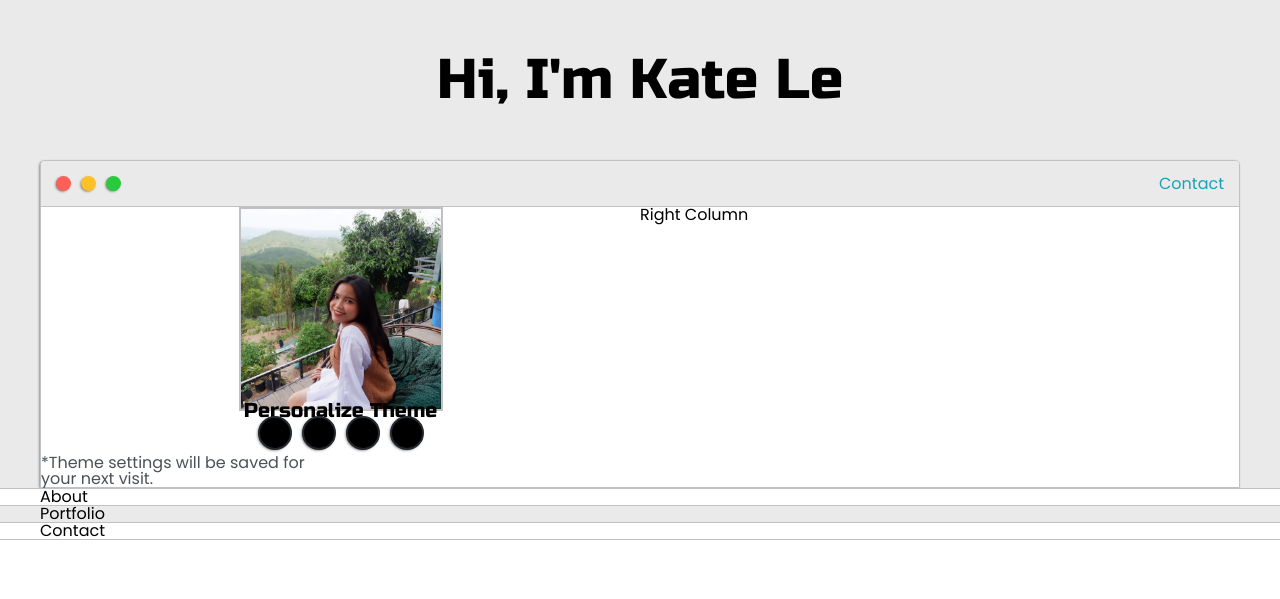
Repository: kate30980/my-persponal-website
Page: index.html
These files come from the project's save history. The page is drawn as it stood at one moment and after the next save; the edit follows.
The browser window is 1280 px wide. The pictures show the whole page.

Above is the page before, as saved 2021-08-26 21:15:01.

### index.html
<!DOCTYPE html>
<html lang="en">

<head>
    <meta charset="UTF-8">
    <meta http-equiv="X-UA-Compatible" content="IE=edge">
    <meta name="viewport" content="width=device-width, initial-scale=1.0">
    <title>Kate Le</title>
    <link rel="preconnect" href="https://fonts.googleapis.com">
    <link rel="preconnect" href="https://fonts.gstatic.com" crossorigin>
    <link rel="preconnect" href="https://fonts.googleapis.com">
    <link rel="preconnect" href="https://fonts.gstatic.com" crossorigin>
    <link href="https://fonts.googleapis.com/css2?family=Poppins:wght@300;400;600;700&family=Russo+One&display=swap"
        rel="stylesheet">
    <link rel="stylesheet" href="reset.css">
    <link rel="stylesheet" href="main.css">
</head>

<body>

    <section class="s1">
        <div class="main-container">
            <div class="greeting-wrapper">
                <h1>Hi, I'm Kate Le</h1>
            </div>

            <div class="intro-wrapper">
                <div class="nav-wrapper">
                    <div class="dots-wrapper">
                        <div id="dot-1" class="browser-dot"></div>
                        <div id="dot-2" class="browser-dot"></div>
                        <div id="dot-3" class="browser-dot"></div>
                    </div>
                    <ul id="navigation">
                        <li>
                            <a href="#">Contact</a>
                        </li>
                    </ul>
                </div>
                <div class="left-column">
                    <img id="profile-pic" src="./images/IMG_2624.JPG" alt="img-kate">
                    <h5 style="text-align:center;line-height:0">Personalize Theme</h5>

                    <div id="theme-options-wrapper">
                        <div id="light-mode" class="theme-dot"></div>
                        <div id="blue-mode" class="theme-dot"></div>
                        <div id="green-mode" class="theme-dot"></div>
                        <div id="purple-mode" class="theme-dot"></div>
                    </div>

                    <p id="settings-note">*Theme settings will be saved for <br> your next visit.</p>
                </div>
                <div class="right-column">
                    Right Column
                </div>
            </div>

        </div>
    </section>

    <section class="s2">
        <div class="main-container">
            About
        </div>
    </section>

    <section class="s1">
        <div class="main-container">
            Portfolio
        </div>
    </section>

    <section class="s2">
        <div class="main-container">
            Contact
        </div>
    </section>

</body>

</html>

### main.css
:root {
  --mainText: black;
  --secondaryText: #4b5156;

  --mainColor: #eaeaea;
  --secondaryColor: #fff;

  --borderColor: #c1c1c1;
  --themeDotBorder: #24292e;
}

html,
body {
  padding: 0;
  margin: 0;
  font-family: "Poppins", sans-serif;
}
h1,
h2,
h3,
h4,
h5,
h6,
strong {
  color: var(--mainText);
  font-family: "Russo One", sans-serif;
  font-weight: 500;
}

p,
li,
span,
label,
input,
textarea,
select {
  color: var(--secondaryText);
  font-family: "Poppins", sans-serif;
}
ul {
  list-style: none;
}

a {
  text-decoration: none;
  color: #17a2b8;
}

h1 {
  font-size: 56px;
}
h2 {
  font-size: 36px;
}
h3 {
  font-size: 28px;
}
h4 {
  font-size: 24px;
}
h5 {
  font-size: 20px;
}
h6 {
  font-size: 16px;
}

.s1 {
  background-color: var(--mainColor);
  border-bottom: 1px solid var(--borderColor);
  overflow: auto;
}
.s2 {
  background-color: var(--secondaryColor);
  border-bottom: 1px solid var(--borderColor);
  overflow: auto;
}
.main-container {
  width: 1200px;
  margin: 0 auto;
}
.greeting-wrapper {
  display: grid;
  text-align: center;
  align-content: center;
  min-height: 10em;
}

.intro-wrapper {
  background-color: var(--secondaryColor);
  border: 1px solid var(--borderColor);
  border-radius: 5px 5px 0 0;

  -webkit-box-shadow: -1px 1px 3px -1px rgba(0, 0, 0, 0.75);
  -moz-box-shadow: -1px 1px 3px -1px rgba(0, 0, 0, 0.75);
  box-shadow: -1px 1px 3px -1px rgba(0, 0, 0, 0.75);

  display: grid;
  grid-template-columns: 1fr 1fr;
  grid-template-areas:
    "nav-wrapper nav-wrapper"
    "left-column right-column";
}

#navigation {
  margin: 0;
  padding: 10px;
}
#navigation li {
  display: inline-block;
  margin-right: 5px;
  margin-left: 5px;
}

.dots-wrapper {
  display: flex;
  padding: 10px;
}

#dot-1 {
  background-color: #fc6058;
}
#dot-2 {
  background-color: #fec027;
}
#dot-3 {
  background-color: #2aca3e;
}

.browser-dot {
  background-color: black;
  height: 15px;
  width: 15px;
  border-radius: 50%;
  margin: 5px;

  -webkit-box-shadow: -1px 1px 3px -1px rgba(0, 0, 0, 0.75);
  -moz-box-shadow: -1px 1px 3px -1px rgba(0, 0, 0, 0.75);
  box-shadow: -1px 1px 3px -1px rgba(0, 0, 0, 0.75);
}

.nav-wrapper {
  grid-area: nav-wrapper;
  border-bottom: 1px solid var(--borderColor);
  display: flex;
  justify-content: space-between;
  align-items: center;
  background-color: var(--mainColor);
  border-radius: 5px 5px 0 0;
}
.left-column {
  grid-area: left-column;
}
#profile-pic {
  display: block;
  margin: auto;
  height: 200px;

  width: 200px;
  object-fit: cover;
  border: 2px solid var(--borderColor);
}

#theme-options-wrapper {
  display: flex;
  justify-content: center;
}

.theme-dot {
  height: 30px;
  width: 30px;
  border-radius: 50%;
  background-color: black;

  margin: 5px;
  border: 2px solid var(--themeDotBorder);

  -webkit-box-shadow: -1px 1px 3px -1px rgba(0, 0, 0, 0.75);
  -moz-box-shadow: -1px 1px 3px -1px rgba(0, 0, 0, 0.75);
  box-shadow: -1px 1px 3px -1px rgba(0, 0, 0, 0.75);
  cursor: pointer;
}

.right-column {
  grid-area: right-column;
}

@media screen and (max-width: 1200px) {
  .main-container {
    width: 95%;
  }
}

Loaded but not shown: reset.css (common file)

After the next save:
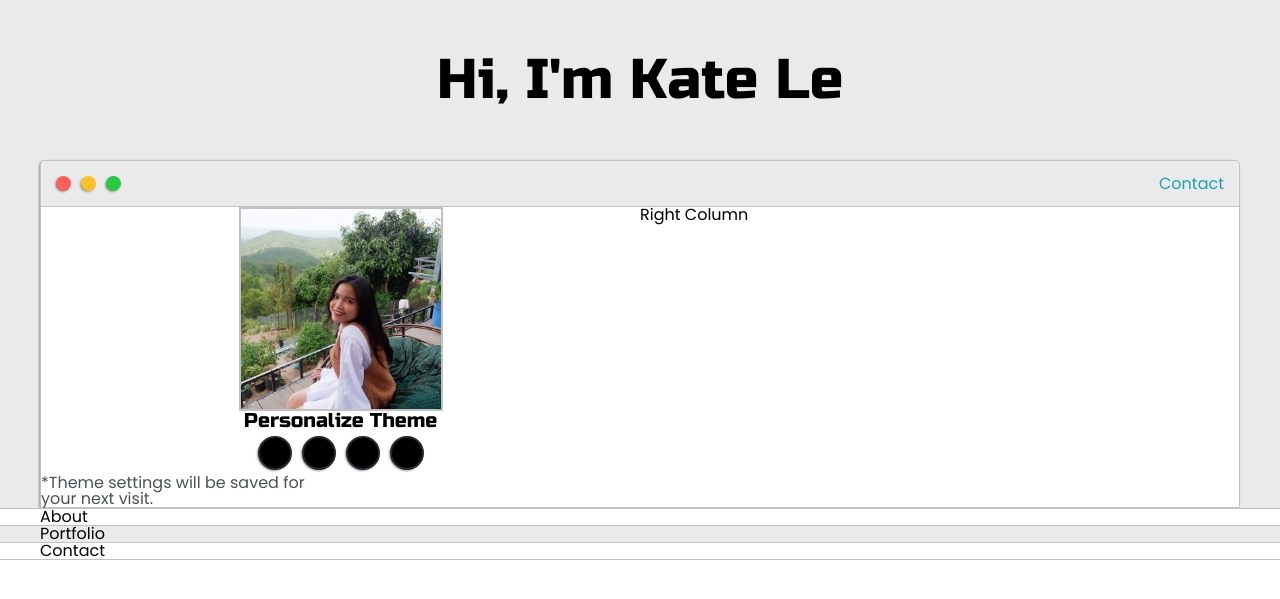
Saved 100 s later.
--- a/index.html
+++ b/index.html
@@ -39,7 +39,7 @@
                 </div>
                 <div class="left-column">
                     <img id="profile-pic" src="./images/IMG_2624.JPG" alt="img-kate">
-                    <h5 style="text-align:center;line-height:0">Personalize Theme</h5>
+                    <h5 style="text-align:center;line-height:0, margin: 150px">Personalize Theme</h5>
 
                     <div id="theme-options-wrapper">
                         <div id="light-mode" class="theme-dot"></div>
